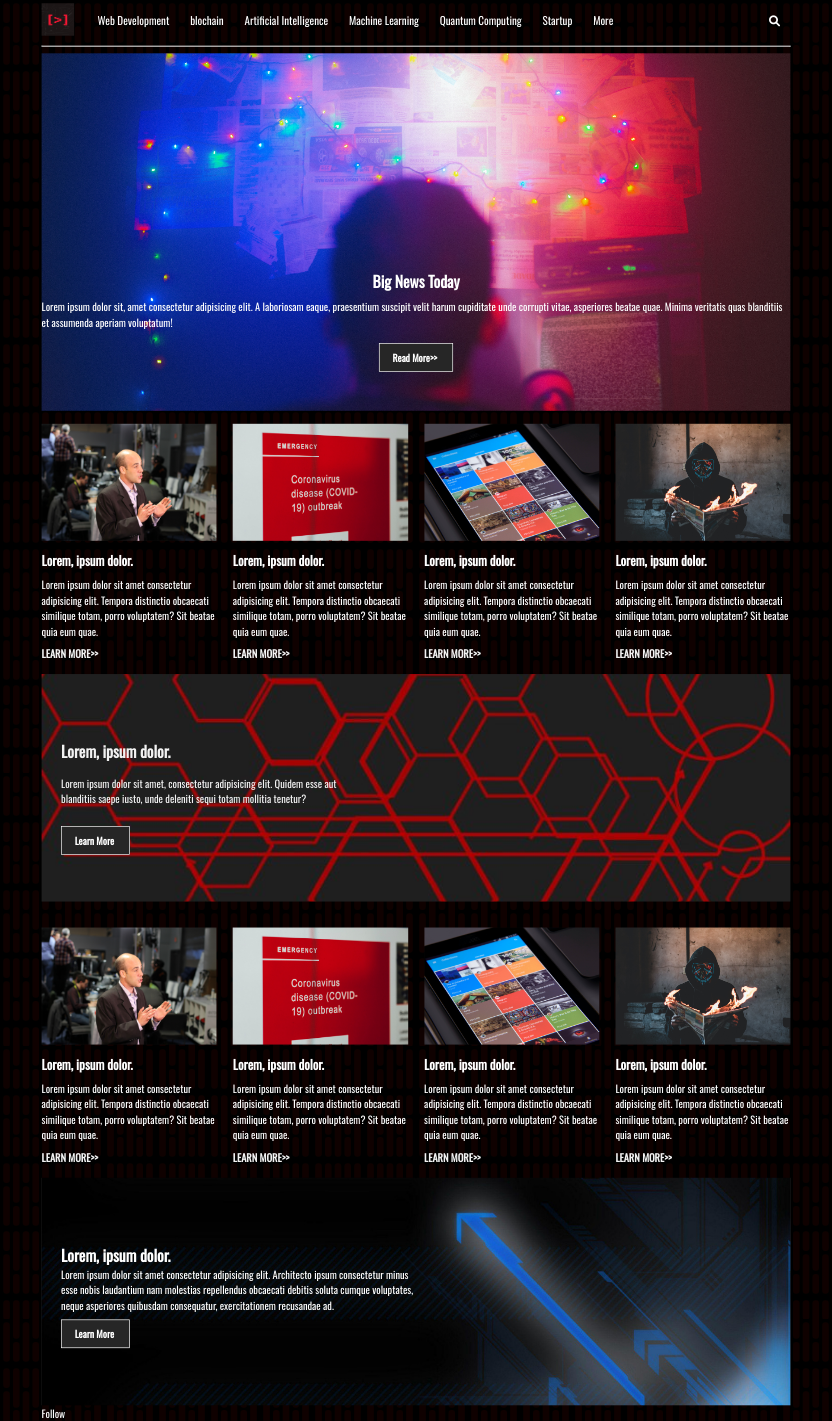
Repository: NickArregoces/News_Web
Page: index.html
An editor plug-in stored every save of this project. The page is shown before and after a run of saves, followed by the edit.
The browser window is 1280 px wide. The pictures show the whole page, at 65% of full size.

Above is the page before, as saved 2021-12-24 20:04:40.

After the next 7 saves:
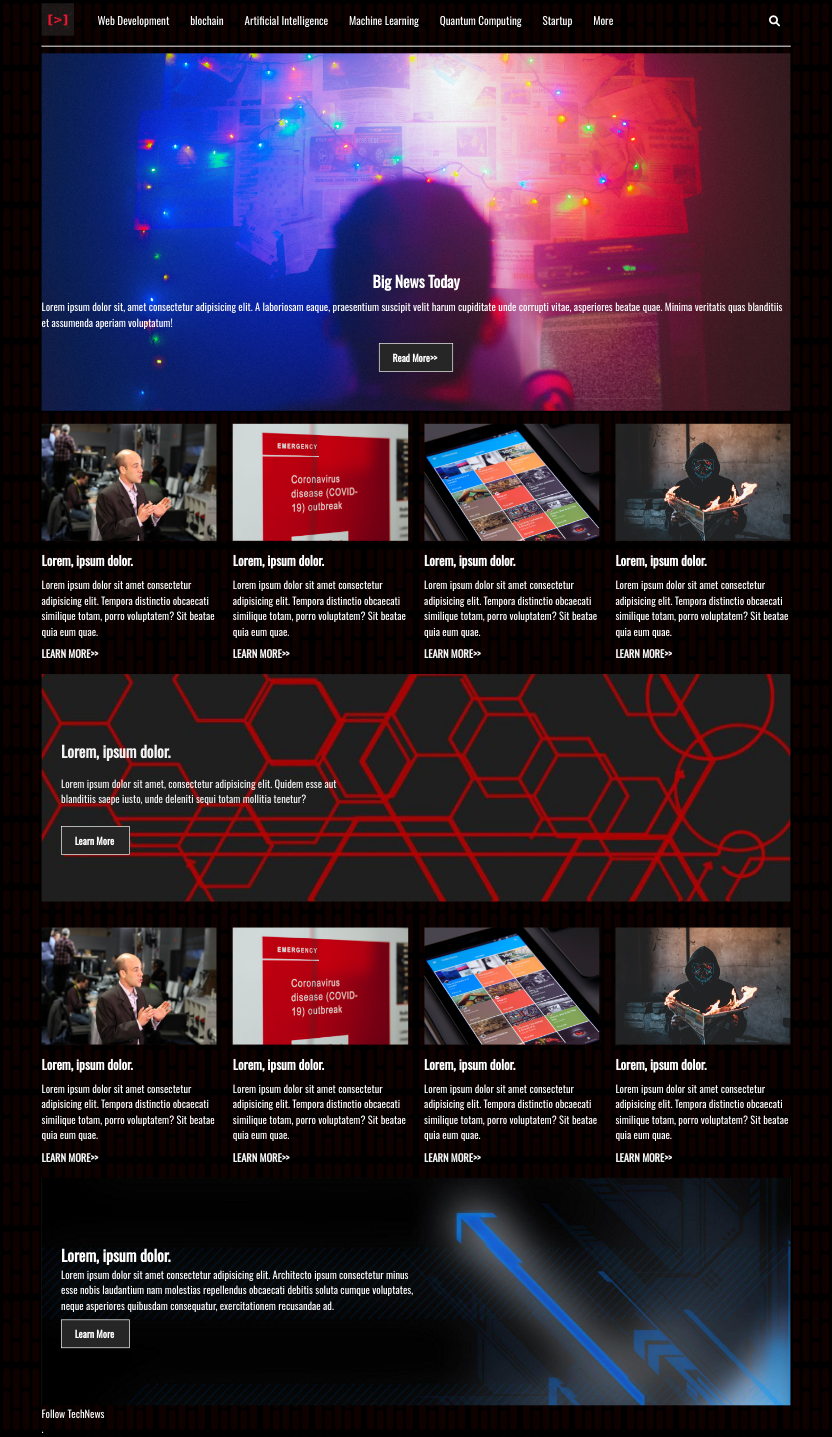
The 7 saves are shown as one change because they came seconds apart.
The last was saved 16 s later.
--- a/index.html
+++ b/index.html
@@ -140,7 +140,8 @@
 
         <section class="social">
 
-                <p> Follow </p>
+                <p> Follow TechNews</p>
+                .
 
         </section>
 
